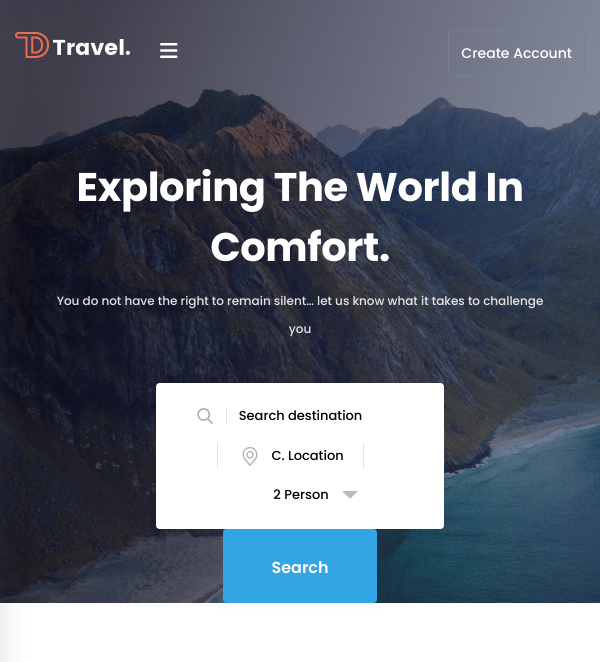
Repository: hoang0508/LandingPage-CodeTravel2
Page: index.html
The author's editor kept a copy of each file at every save. The page is drawn from the files as they stood at one save, then again after the next save.
The browser window is 600 px wide. The pictures show the whole page.
Some web libraries are served in a nearby version. The style sheet was rebuilt from its Sass, Less or Tailwind sources for each picture, by a compiler version that may differ from the author's.

Above is the page before, as saved 2022-09-16 15:30:40.

### index.html
<!DOCTYPE html>
<html lang="en">
  <head>
    <meta charset="UTF-8" />
    <meta http-equiv="X-UA-Compatible" content="IE=edge" />
    <meta name="viewport" content="width=device-width, initial-scale=1.0" />
    <title>Travale LandingPage</title>
    <link rel="stylesheet" href="https://cdnjs.cloudflare.com/ajax/libs/font-awesome/4.7.0/css/font-awesome.css">
    <link rel="stylesheet" href="./css/style.css" />
  </head>
  <body>
    <div class="wrapper">
      <!-- HEADER -->
      <header class="header">
        <div class="container">
          <div class="header-main">
            <div class="header-logo">
              <img src="./images/Logo.png" alt="Logo" />
            </div>
            <nav class="header-menu">
              <ul class="header-menu--list">
                <li class="header-menu--item">
                  <a href="#" class="header-menu--link">FIND A TRIP</a>
                </li>
                <li class="header-menu--item">
                  <a href="#" class="header-menu--link">DESTINATIONS</a>
                </li>
                <li class="header-menu--item">
                  <a href="#" class="header-menu--link">WHY BESNIK</a>
                </li>
                <li class="header-menu--item">
                  <a href="#" class="header-menu--link">CONTACT</a>
                </li>
              </ul>
              <div class="header-bar">
                <i class="fa-solid fa-bars"></i>
              </div>
            </nav>
            <div class="overlay"></div>

            <div class="header-button">
              <button class="button button-acount">Create Account</button>
            </div>
          </div>

          <div class="header-content">
            <h1 class="header-content--title">
              Exploring The World In Comfort.
            </h1>
            <p class="header-content--desc">
              You do not have the right to remain silent… let us know what it
              takes to challenge you
            </p>
            <div class="header-form">
              <div class="header-content--form">
                <div class="form-down">
                  <div class="form-down--col">
                    <div class="form-down--icon">
                      <img src="./images/icon-search.svg" alt="" />
                    </div>
                    <div class="form-down--text form-down--text-border"></div>
                      <span class="form-down--text form-down--text-txt">Search destination</span>
                    </div>
                  <div class="form-down--col">
                    <div class="form-down--icon">
                      <img src="./images/icon-loacation.svg" alt="" />
                    </div>
                    <span class="form-down--text form-down--text-location">C. Location</span>
                  </div>
                  <div class="form-down--col">
                    <span class="form-down--text">2 Person</span>
                    <div class="form-down--icon">
                      <img src="./images/icon-arrow.svg" alt="" />
                    </div>
                  </div>
                </div>
                </div>
                <button class="button button-search">Search</button>
              </div>
            </div>
          </div>
        </div>
      </header>
    </div>

    <script src="https://kit.fontawesome.com/6ddfb9b121.js" crossorigin="anonymous"></script>
    <script src="./script/main.js"></script>
  </body>
</html>

### script/main.js
const headerMenuList = document.querySelector(".header-menu--list");
const headerBar = document.querySelector(".header-bar");
const overlay = document.querySelector(".overlay");

headerBar.addEventListener("click", (item) => {
  headerMenuList.classList.toggle("header-menu--active");
  overlay.classList.toggle("show-overlay");
});

overlay.addEventListener("click", () => {
  headerMenuList.classList.remove("header-menu--active");
  overlay.classList.remove("show-overlay");
});

### sass/main.scss
@import "reset";
@import "variable";
@import "typography";
@import "base";
@import "global";
@import "header";

### sass/_reset.scss
*,
*::before,
*::after {
  box-sizing: border-box;
}
* {
  margin: 0;
  padding: 0;
  font: inherit;
}
body {
  line-height: 1.5;
}
img,
picture,
video,
canvas,
svg {
  display: block;
  max-width: 100%;
}
input,
button,
textarea,
select {
  outline: none;
}
p,
h1,
h2,
h3,
h4,
h5,
h6 {
  overflow-wrap: break-word;
}

a {
  text-decoration: none;
}

ul,
li {
  list-style: none;
}

### sass/_variable.scss
$text-white: #fff;
$primary-color: #34a5e4;
$border-gray: #e6e6e6;

### sass/_typography.scss
@font-face {
  font-family: "Poppins";
  src: url("../fonts/Poppins-Regular.ttf") format("opentype");
  font-style: normal;
  font-display: auto;
  font-weight: 400;
}

@font-face {
  font-family: "Poppins";
  src: url("../fonts/Poppins-Light.ttf") format("opentype");
  font-style: normal;
  font-display: auto;
  font-weight: 300;
}

@font-face {
  font-family: "Poppins";
  src: url("../fonts/Poppins-Medium.ttf") format("opentype");
  font-style: normal;
  font-display: auto;
  font-weight: 500;
}

@font-face {
  font-family: "Poppins";
  src: url("../fonts/Poppins-SemiBold.ttf") format("opentype");
  font-style: normal;
  font-display: auto;
  font-weight: 600;
}

@font-face {
  font-family: "Poppins";
  src: url("../fonts/Poppins-Thin.ttf") format("opentype");
  font-style: normal;
  font-display: auto;
  font-weight: 100;
}

@font-face {
  font-family: "Poppins";
  src: url("../fonts/Poppins-Bold.ttf") format("opentype");
  font-style: normal;
  font-display: auto;
  font-weight: 700;
}

### sass/_base.scss
body {
  font-family: "Poppins", sans-serif;
  font-weight: 500;
}

.wrapper {
  max-width: 1600px;
  margin: 0 auto;
}

.container {
  max-width: 1280px;
  margin: 0 auto;
}

@media screen and (max-width: 1023.98px) {
  .container {
    padding: 0 15px;
  }
}

### sass/_global.scss
// Button
button.button {
  display: inline-block;
  border: 0;
  cursor: pointer;
  color: $text-white;
  font-size: 14px;
  &-acount {
    background-color: transparent;
    padding: 19px 23px;
    border: 1.5px solid #777f96;
    border-radius: 4px;
  }
  &-search {
    height: 74px;
    padding: 27px 48px;
    background-color: $primary-color;
    color: $text-white;
    font-size: 16px;
    font-weight: 600;
    border-radius: 4px;
  }
}

// overlay
.show-overlay {
  position: fixed;
  top: 0;
  right: 0;
  bottom: 0;
  left: 0;
  background-color: rgba(0, 0, 0, 0.5);
  z-index: 10;
}

@media screen and (max-width: 767.98px) {
  button.button {
    &-acount {
      padding: 12px;
    }
  }
}

### sass/_header.scss
.header {
  background-image: url("../images/header-img.png");
  min-height: 800px;
  background-size: cover;
  background-repeat: repeat;
  padding-top: 30px;
  &-main {
    display: flex;
    align-items: center;
    margin-bottom: 135px;
  }
  &-logo {
    margin-right: 261px;
  }
  &-menu {
    &--list {
      display: flex;
      align-items: center;
      gap: 0 42px;
      margin-right: 225px;
    }
    &--link {
      color: $text-white;
      text-transform: lowercase;
      font-size: 14px;
    }
  }
  &-button {
    margin-left: auto;
  }
  &-form {
    display: flex;
    justify-content: center;
    align-items: center;
    gap: 0 20px;
  }
  &-content {
    text-align: center;
    &--title {
      max-width: 640px;
      width: 100%;
      margin: 0 auto;
      font-size: 62px;
      font-weight: 700;
      color: $text-white;
      margin-bottom: 20px;
      letter-spacing: -0.01em;
      line-height: 78px;
    }
    &--desc {
      max-width: 493px;
      margin: 0 auto;
      color: #ffffff;
      font-weight: 500;
      mix-blend-mode: normal;
      opacity: 0.88;
      line-height: 28px;
      margin-bottom: 80px;
    }
    &--form {
      background-color: #ffffff;
      padding: 23px 35px 24px 41px;
      height: 74px;
      border-radius: 4px;
      box-shadow: 0px 40px 80px -22px rgba(98, 89, 89, 0.09);
      .form-down {
        display: flex;
        align-items: center;
        &--col {
          display: flex;
          align-items: center;
          gap: 0 13px;
          &:nth-child(1) {
            margin-right: 43px;
          }
          &:nth-child(2) {
            position: relative;
            &::before {
              content: "";
              position: absolute;
              width: 1px;
              height: 27px;
              background-color: $border-gray;
              left: -25px;
            }
            &::after {
              content: "";
              position: absolute;
              width: 1px;
              height: 27px;
              background-color: $border-gray;
              right: 0;
            }
          }
          &:nth-child(3) {
            margin-left: 25px;
          }
        }
        &--text-border {
          position: relative;
          &::before {
            position: absolute;
            content: "";
            width: 1px;
            height: 15px;
            background: #e5e5e5;
            top: 50%;
            transform: translateY(-50%);
          }
        }
        &--text-txt {
          margin-right: 4px;
        }
        &--text-location {
          padding-right: 20px;
        }
        &--icon {
          width: 16px;
          height: 16px;
          display: inline-block;
          img {
            width: 100%;
            object-fit: cover;
          }
        }
      }
    }
  }
}

// reponsive Header

// Tablet
@media screen and (max-width: 1023.98px) {
  .header {
    min-height: 700px;
    &-main {
      align-items: baseline;
    }
    &-logo {
      margin-right: 30px;
    }
    &-menu--list {
      position: fixed;
      max-width: 400px;
      width: 100%;
      top: 0;
      left: 0;
      bottom: 0;
      background-color: #fff;
      box-shadow: rgba(100, 100, 111, 0.2) 0px 7px 29px 0px;
      display: flex;
      flex-direction: column;
      gap: 30px 0;
      align-items: stretch;
      padding: 20px;
      z-index: 20;
      transform: translateX(-100%);
      transition: all 0.25s linear;
    }
    &-menu--link {
      font-size: 18px;
      color: #333;
    }
    &-bar {
      color: $text-white;
      font-size: 20px;
      cursor: pointer;
    }
    &-menu--active {
      transform: translate(0);
    }
    .form-down--text {
      font-size: 13px;
    }
  }
}

// Phone
@media screen and (max-width: 767.98px) {
  .header {
    min-height: 600px;
    &-main {
      margin-bottom: 80px;
    }
    &-menu--list {
      max-width: 300px;
    }
    &-content {
      &--title {
        font-size: 40px;
        line-height: 60px;
        margin-bottom: 10px;
      }
      &--desc {
        font-size: 12px;
        margin-bottom: 40px;
      }
      &--form {
        height: auto;
      }
    }
    &-form {
      flex-direction: column;
      grid-area: 20px 0;
    }
    .form-down {
      flex-direction: column;
      align-items: center;
      gap: 20px 0;
    }
  }
}

After the next save:
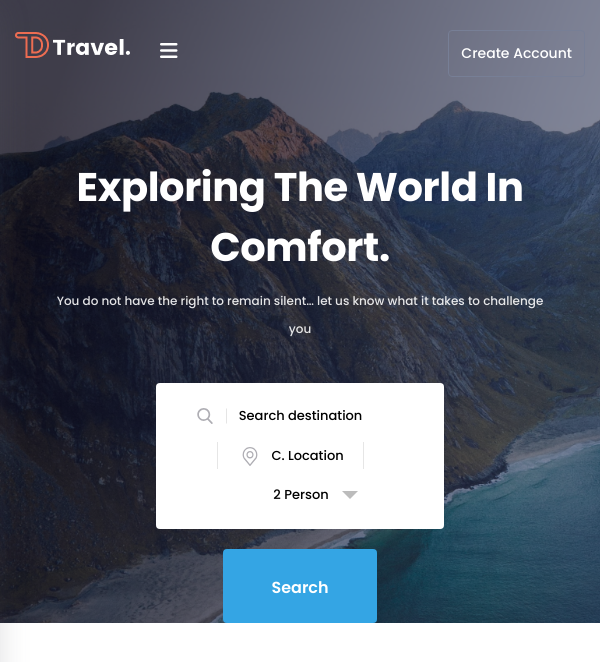
Saved 32 s later.
--- a/sass/_header.scss
+++ b/sass/_header.scss
@@ -202,7 +202,7 @@
     }
     &-form {
       flex-direction: column;
-      grid-area: 20px 0;
+      gap: 20px 0;
     }
     .form-down {
       flex-direction: column;
